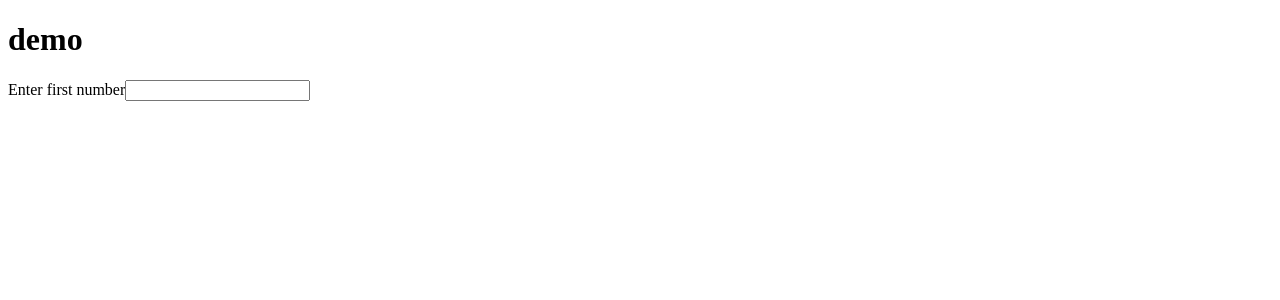
Repository: aneeq1102/java6rth
Page: http://localhost/DemoProject/
These files come from the project's save history. The page is drawn as it stood at one moment and after the next save; the edit follows.
The browser window is 1280 px wide. The pictures show the whole page.
The page is served by Tomcat 9. Other server files are loaded and not shown.

Above is the page before, as saved 2022-08-09 21:04:48.

### DemoProject/src/main/webapp/index.jsp
<%@ page language="java" contentType="text/html; charset=ISO-8859-1"
    pageEncoding="ISO-8859-1"%>
<!DOCTYPE html>
<html>
<head>
<meta charset="ISO-8859-1">
<title>Insert title here</title>
</head>
<body>
<form action="add">
	<h1>demo</h1>
	Enter first number<input type="text" name="num1><br/>
	Enter second number<input type="text" name="num1><br/>
	<input type="submit>

</form>
</body>
</html>

After the next save:
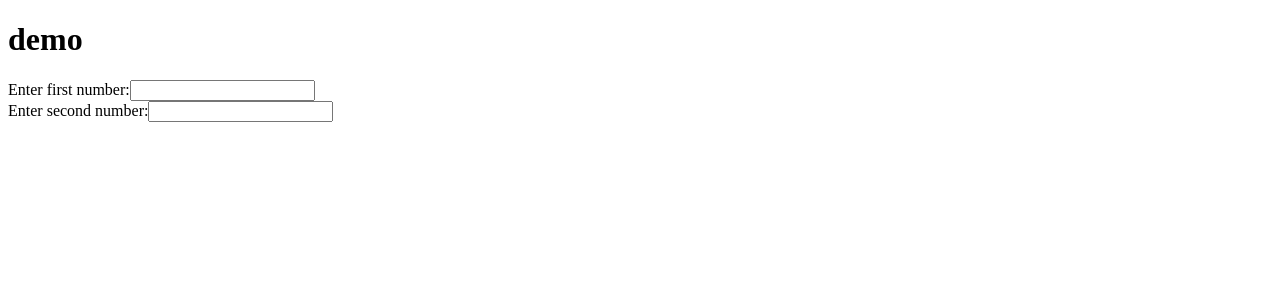
Saved 118 s later.
--- a/DemoProject/src/main/webapp/index.jsp
+++ b/DemoProject/src/main/webapp/index.jsp
@@ -9,8 +9,8 @@
 <body>
 <form action="add">
 	<h1>demo</h1>
-	Enter first number<input type="text" name="num1><br/>
-	Enter second number<input type="text" name="num1><br/>
+	Enter first number:<input type="text" name="num1"><br/>
+	Enter second number:<input type="text" name="num1"><br/>
 	<input type="submit>
 
 </form>
